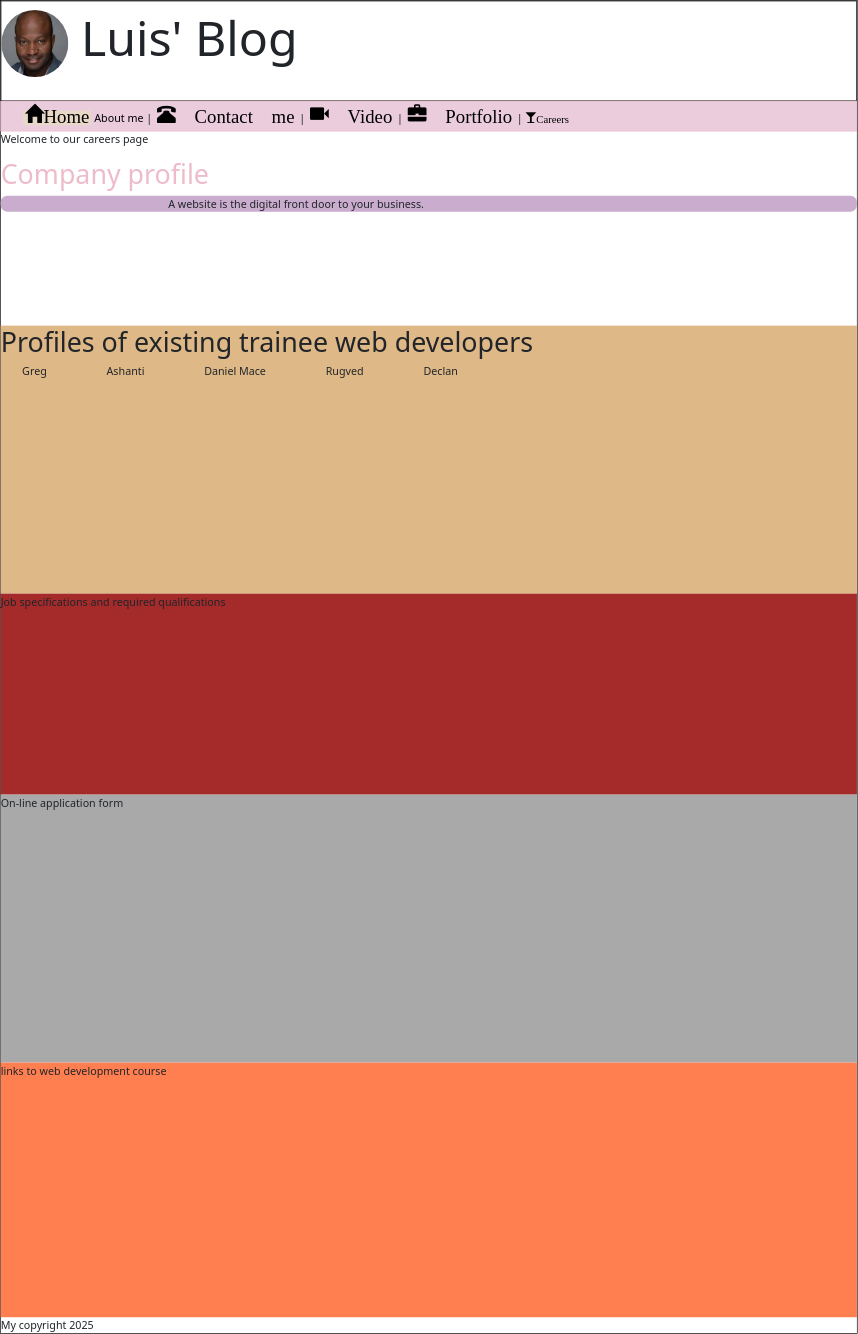
Repository: wduluis/wduluis.github.io
Page: careers.html
The author's editor kept a copy of each file at every save. The page is drawn from the files as they stood at one save, then again after the next save.
The browser window is 1280 px wide. The pictures show the whole page, at 67% of full size.

Above is the page before, as saved 2025-05-09 12:12:23.

After the next save:
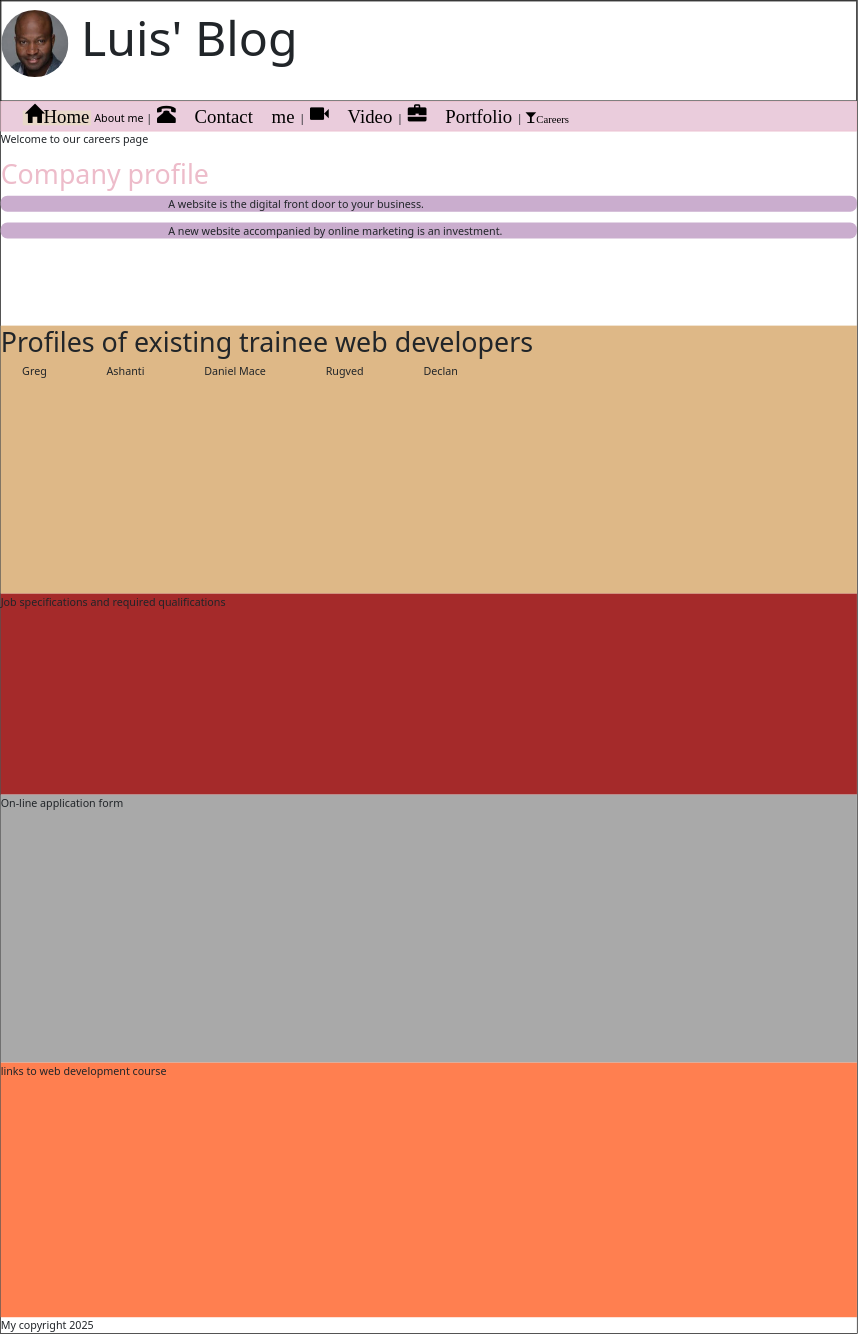
Saved 114 s later.
--- a/careers.html
+++ b/careers.html
@@ -42,6 +42,7 @@
 <div class="company_profile">
     <h1>Company profile</h1>
     <p>A website is the digital front door to your business.</p>
+    <p>A new website accompanied by online marketing is an investment.</p>
 
 
 </div>
